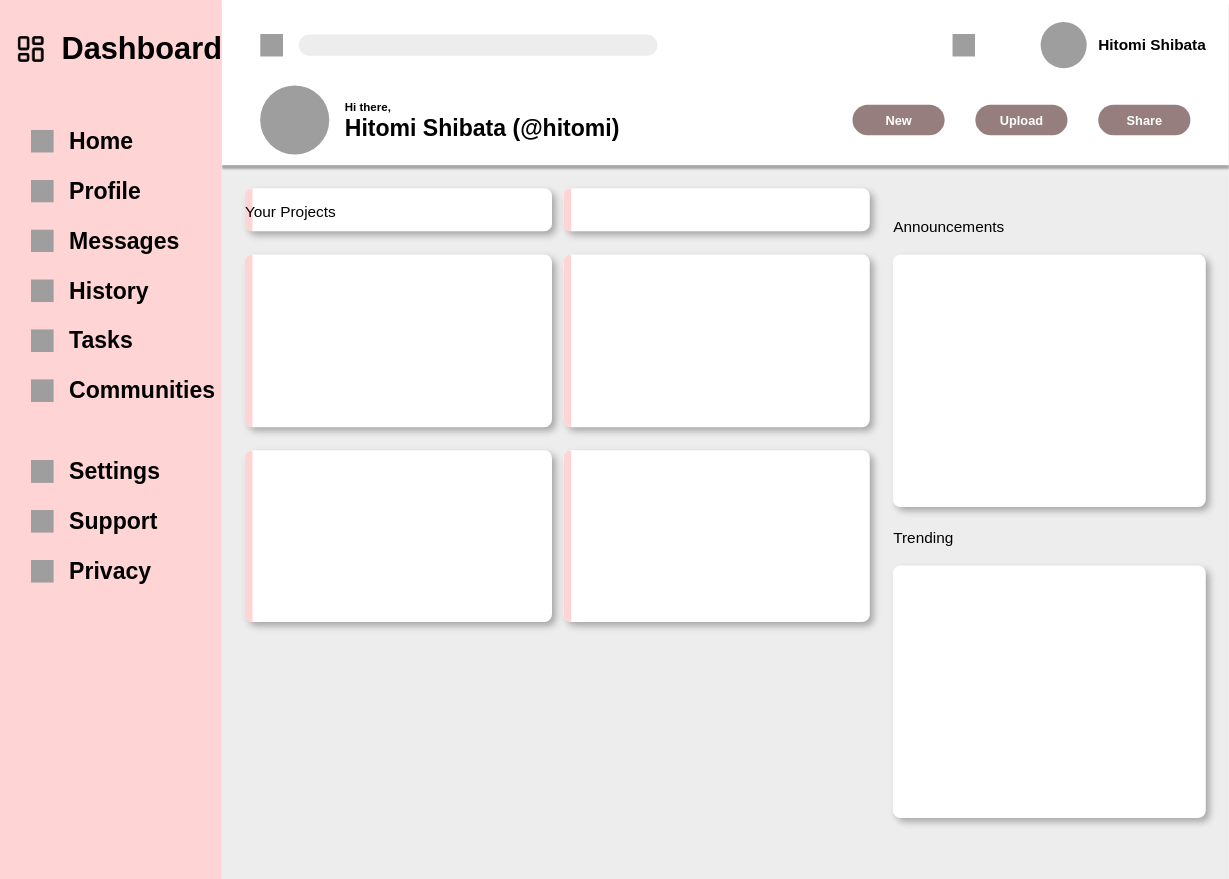
Repository: yeetzpxoci/dashboard
Page: index.html
These files come from the project's save history. The page is drawn as it stood at one moment and after the next save; the edit follows.
The browser window is 1280 px wide. The pictures show the whole page, at 96% of full size.
Pictures or frames that could not be fetched are drawn as grey boxes.

Above is the page before, as saved 2023-02-19 13:21:31.

### index.html
<!DOCTYPE html>
<html lang="en">
<head>
    <meta charset="UTF-8">
    <meta http-equiv="X-UA-Compatible" content="IE=edge">
    <meta name="viewport" content="width=device-width, initial-scale=1.0">
    <link rel="stylesheet" type="text/css" href="styles.css" />
    <title>Dashboard</title>
</head>
<body>
    <div class="sidebar">
        <div class="logo">
            <img src="dashboard-layout.png">
            <p>Dashboard</p>
        </div>

        <div class="icon-container1">
            <div class="icon">
                <img src="https://cdn-icons-png.flaticon.com/512/25/25694.png">
                <p>Home</p>
            </div>

            <div class="icon">
                <img src="https://cdn-icons-png.flaticon.com/512/6522/6522516.png">
                <p>Profile</p>
            </div>

            <div class="icon">
                <img src="https://cdn-icons-png.flaticon.com/512/739/739286.png">
                <p>Messages</p>
            </div>

            <div class="icon">
                <img src="https://cdn-icons-png.flaticon.com/512/32/32223.png">
                <p>History</p>
            </div>

            <div class="icon">
                <img src="https://www.svgrepo.com/show/79174/task-list.svg">
                <p>Tasks</p>
            </div>

            <div class="icon">
                <img src="https://icons.veryicon.com/png/o/business/classic-icon/community-12.png">
                <p>Communities</p>
            </div>
        </div>

        <div class="icon-container2">
            <div class="icon">
                <img src="https://cdn-icons-png.flaticon.com/512/126/126472.png">
                <p>Settings</p>
            </div>

            <div class="icon">
                <img src="https://upload.wikimedia.org/wikipedia/commons/thumb/1/17/FAQ_icon_%28Noun_like%29.svg/1255px-FAQ_icon_%28Noun_like%29.svg.png">
                <p>Support</p>
            </div>

            <div class="icon">
                <img src="https://cdn-icons-png.flaticon.com/512/4104/4104794.png">
                <p>Privacy</p>
            </div>
        </div>
    </div>

    <div class="header">
        <div class="search">
            <img src="https://cdn-icons-png.flaticon.com/512/3917/3917754.png">
            <input class="search-bar">
        </div>

        <img class="notification_icon" src="https://cdn-icons-png.flaticon.com/512/565/565422.png">

        <div class="profile-pic">
        </div>

        <p>Hitomi Shibata</p>

        <div class="user-info">
            <div class="profile-pic">
            </div>
            <p id="losinfo">
                <span style="font-size:12px;">Hi there,</span>
                <br>
                <span style="font-size:24px;">Hitomi Shibata (@hitomi)</span>
            </p>
        </div>
        <button>New</button>
        <button>Upload</button>
        <button>Share</button>
    </div>
    <div class="main-content">
        <div class="projects">
            <p>Your Projects</p>
            <p></p>

            <div class="project">
                <div class="line">
                </div>
            </div>

            <div class="project">
                <div class="line">
                </div>
            </div>

            <div class="project">
                <div class="line">
                </div>
            </div>

            <div class="project">
                <div class="line">
                </div>
            </div>

            <div class="project">
                <div class="line">
                </div>
            </div>

            <div class="project">
                <div class="line">
                </div>
            </div>
        </div>
        <div class="announcements-container">
            <p>Announcements</p>
            <div class="announcements">

            </div>
        </div>
        <div class="trending-container">
            <p>Trending</p>
            <div class="trending">

            </div>
        </div>
    </div>
</body>
</html>

### styles.css
html,
body {
    margin: 0;
    padding: 0;
    height: 100%;
}

body {
    min-height: 100vh;
    display: grid;
    grid-template-columns: 1fr 5fr;
    grid-template-rows: 1fr 4fr;
    font-family: Arial, Helvetica, sans-serif;
}

.sidebar {
    background-color: #FFD4D4;
    grid-column: 1 / 2;
    grid-row: 1 / 3;
    display: grid;
    grid-template-rows: 0.75fr 2fr 1fr 2fr;
    padding-left: 16px;
    gap: 32px;
    z-index: 2;
}

.icon-container1 {
    display: flex;
    flex-direction: column;
}

.icon-container2 {
    display: flex;
    flex-direction: column;
}

.logo, .icon {
    display: flex;
    align-items: center;
    font-weight: bold;
    gap: 16px;
}

.logo {
    font-size: 32px;
    align-self: baseline;
}

.icon {
    margin-top: -24px;
    font-size: 24px;
    margin-left: 16px;
}

.logo img {
    width: 32px;
    height: 32px;
}

.icon img {
    width: 24px;
    height: 24px;
}


.header {
    background-color: white;
    grid-column: 2 / 3;
    grid-row: 1 / 2;
    display: grid;
    grid-template-columns: 13fr 1fr 1fr 2fr;
    grid-template-rows: 1fr 1fr;
    padding-right: 24px;
    box-shadow: 0px 4px 2px rgb(0, 0, 0, 0.3);
    z-index: 1;
    padding: 8px;
}

.search {
    display: flex;
    justify-content: flex-start;
    align-items: center;
    gap: 16px;
    margin-left: 32px;
}

.search img{
    width: 24px;
    height: 24px;
}

.search input {
    width: 60%;
    border-radius: 12px;
    border-width: 0px;
    background-color: #eeeded;
    height: 25%;
}

.notification_icon {
    width: 24px;
    height: 24px;
    align-self: center;
    justify-self: end;
}

.profile-pic {
    border-radius: 50%;
    background-image: url("https://i.pinimg.com/originals/49/c0/e8/49c0e871fbe0be71396aa94fe1d93ddc.jpg");
    background-position: center;
    background-size: cover;
    background-repeat: no-repeat;
    overflow: hidden;
}

.header > .profile-pic {
    width: 48px;
    height: 48px;
    align-self: center;
    justify-self: end;
    margin-right: 12px;
}

.user-info {
    display: flex;
    gap: 16px;
}

.user-info > .profile-pic {
    width: 72px;
    height: 72px;
    margin-left: 32px;
    align-self: center;
}

.header p {
    align-self: center;
    font-weight: bolder;
    justify-self: baseline;
}

button {
    height: 40%;
    width: 96px;
    align-self: center;
    justify-self: baseline;
    background-color: #977e7e;
    border-radius: 24px;
    border-width: 0px;
    color: white;
    margin-right: 32px;
    font-weight: bold;
}

.main-content {
    background-color: #eeeded;
    grid-column: 2 / 3;
    grid-row: 2 / 3;
    padding-left: 24px;
    padding-right: 24px;
    padding-top: 24px;
    padding-bottom: 64px;
    display: grid;
    grid-template-columns: 2fr 1fr;
    grid-template-rows: 1fr 1fr     ;
    gap: 24px;
}

.projects {
    width: 100%;
    display: grid;
    grid-template-columns: repeat(2, 1fr);
    grid-template-rows: 1fr 4fr 4fr 4fr;
    grid-gap: 24px 12px;
    grid-column: 1 / 2;
    grid-row: 1 / 3;
}

.projects p {
    position: absolute;
}

.project {
    background-color: white;
    border-radius: 8px;
    box-shadow: 4px 4px 8px rgb(0, 0, 0, 0.3);
    overflow: hidden;
}

.announcements-container {
    width: 100%;
    height: 100%;
    display: grid;
    grid-template-rows: 1fr 5fr;
    grid-row: 1 / 2;
    margin-top: 16px;
}

.announcements {
    width: 100%;
    height: 100%;
    background-color: white;
    border-radius: 8px;
    box-shadow: 4px 4px 8px rgb(0, 0, 0, 0.3);
    display: grid;
    grid-template-rows: 1fr 1fr 1fr;
}

.trending-container {
    width: 100%;
    height: 100%;
    display: grid;
    grid-row: 2 / 3;
    grid-template-rows: 1fr 5fr;
}

.trending {
    width: 100%;
    height: 100%;
    display: grid;
    grid-template-rows: 1fr 1fr 1fr;
    background-color: white;
    border-radius: 8px;
    box-shadow: 4px 4px 8px rgb(0, 0, 0, 0.3);
    grid-template-rows: 1fr 1fr 1fr 1fr;
}

.line {
    background-color: #FFD4D4;
    width: 2.5%;
    height: 100%;
}

After the next save:
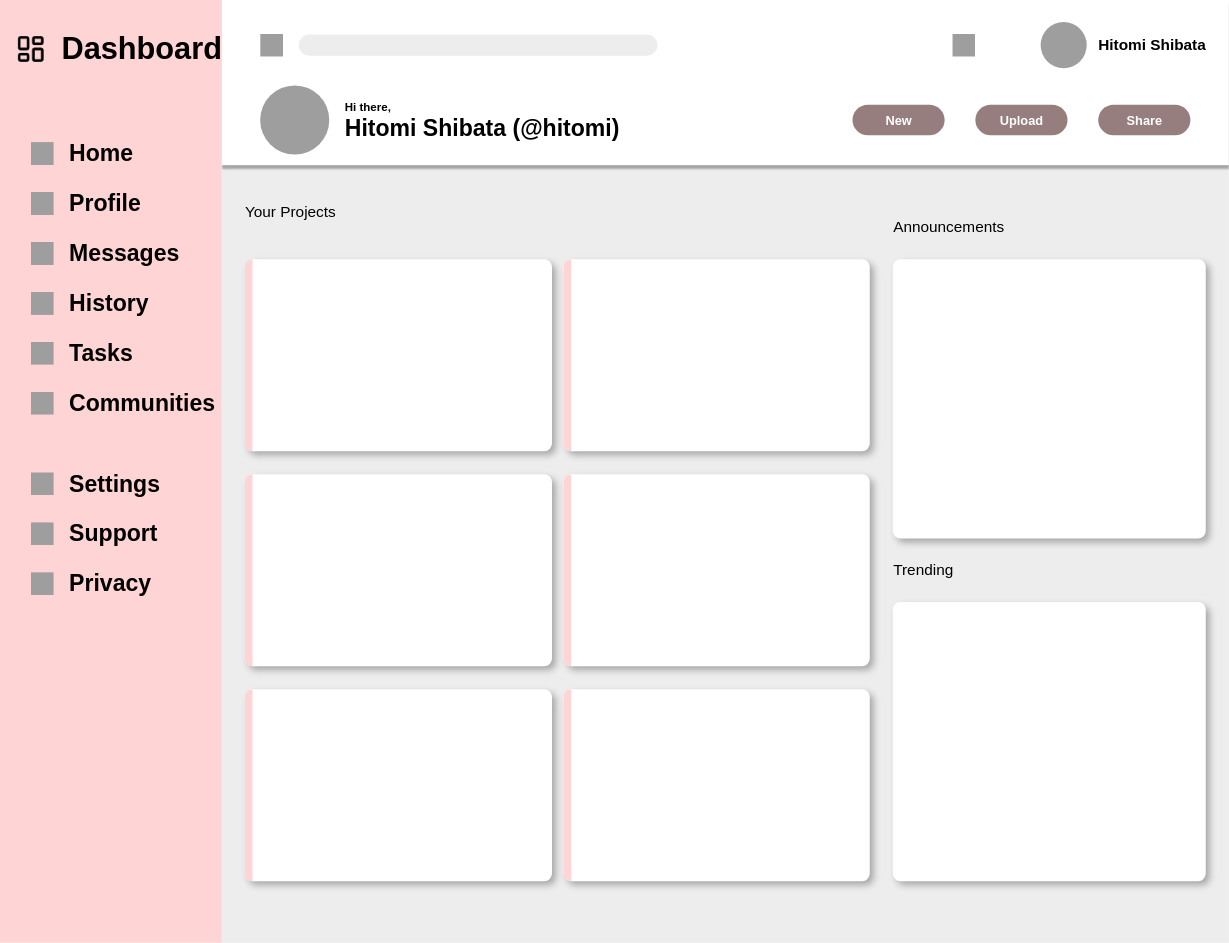
Saved 6 s later.
--- a/styles.css
+++ b/styles.css
@@ -176,10 +176,6 @@ button {
     grid-row: 1 / 3;
 }
 
-.projects p {
-    position: absolute;
-}
-
 .project {
     background-color: white;
     border-radius: 8px;
